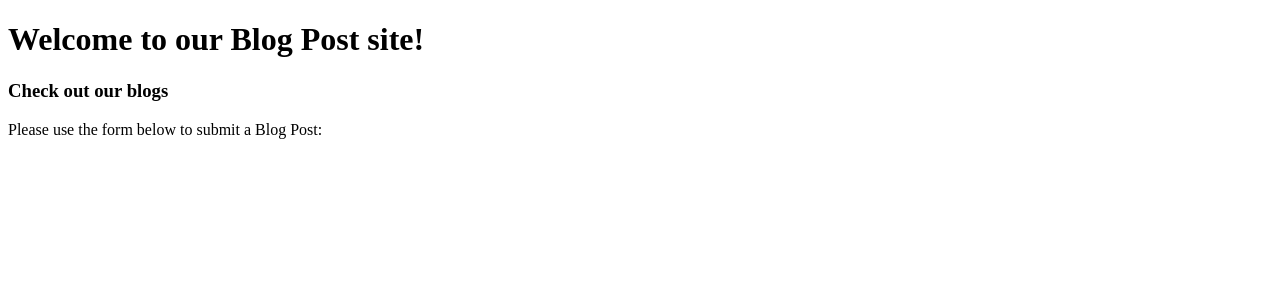
Repository: AidianM/SB_Blog-Project
Page: http://localhost/blogpost/index
The author's editor kept a copy of each file at every save. The page is drawn from the files as they stood at one save, then again after the next save.
The browser window is 1280 px wide. The pictures show the whole page.
The page is this project's Thymeleaf template; nobody is signed in. The template is opened directly, without the code that normally fills it, so the values that code supplies are empty.

Above is the page before, as saved 2022-04-22 14:01:37.

### techtalentblog/src/main/resources/templates/blogpost/index.html
<!DOCTYPE html>
<html xmlns:th="http://www.thymeleaf.org">
<!-- lets us name the xml name space-->
	<head>
		<title>Blog Site</title>
		<meta http-equiv="Content-Type" content="text/html; charset=UTF-8"/>
	</head>

	<body>
		<h1>Welcome to our Blog Post site!</h1>
		<h3>Check out our blogs</h3>

		<p>Please use the form below to submit a Blog Post:</p>
		<form>
			<table>

			</table>
		</form>
	</body>
</html>

After the next save:
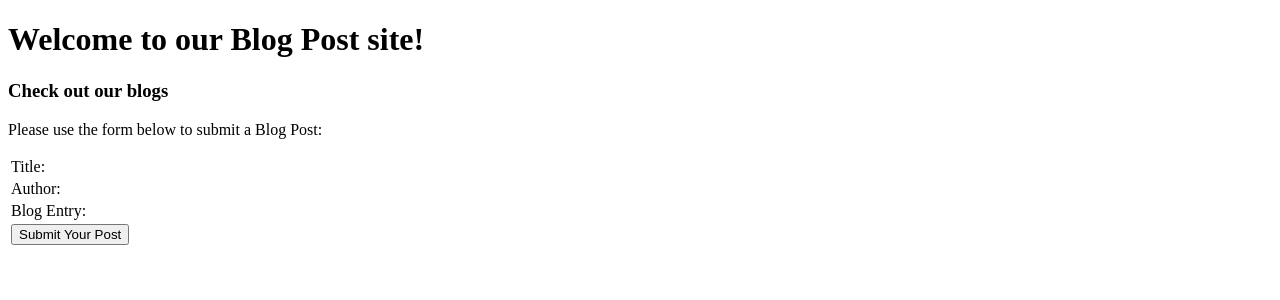
Saved 2 min 2 s later.
--- a/techtalentblog/src/main/resources/templates/blogpost/index.html
+++ b/techtalentblog/src/main/resources/templates/blogpost/index.html
@@ -13,6 +13,20 @@
 		<p>Please use the form below to submit a Blog Post:</p>
 		<form>
 			<table>
+				<tr>
+					<td>Title:</td>
+					<td input type="text" /> </td>
+				</tr>
+				<tr>
+					<td>Author:</td>
+					<td input type="text" /> </td>
+				</tr>				<tr>
+					<td>Blog Entry:</td>
+					<td input type="text" /> </td>
+				</tr>
+				<tr>
+					<td><button type="submit">Submit Your Post</button></td>
+				</tr>
 
 			</table>
 		</form>
